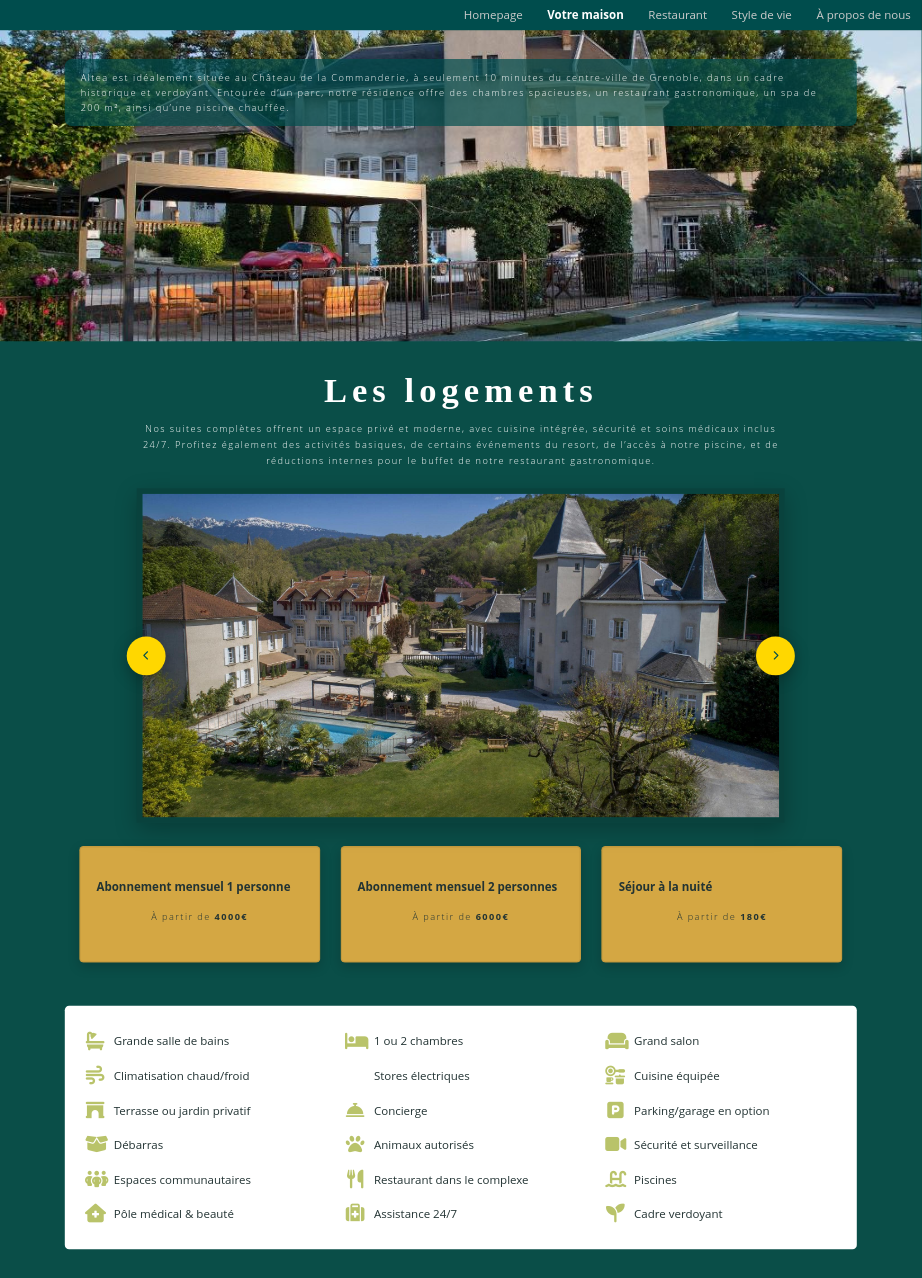
Repository: Rahimzeeeer/alteaaaa
Page: maison.html
These files come from the project's save history. The page is drawn as it stood at one moment and after the next save; the edit follows.
The browser window is 1280 px wide. The pictures show the part of the page from y = 0 to 1775 px (the page is 3056 px tall before and 3100 px after), at 72% of full size.
A picture or video elsewhere on the page could not be fetched, so the positions and the page height are approximate.

Above is the page before, as saved 2025-08-12 17:06:18.

### maison.html
<!DOCTYPE html>
<html lang="fr">
<head>
  <meta charset="UTF-8" />
  <meta name="viewport" content="width=device-width, initial-scale=1.0"/>
  <title>Votre maison – Altea</title>
  <link rel="stylesheet" href="style.css" />
  <link rel="stylesheet" href="https://cdnjs.cloudflare.com/ajax/libs/font-awesome/6.5.0/css/all.min.css"/>
</head>
<body>

  <!-- Navbar -->
  <header>
    <nav class="navbar">
      <ul>
        <li><a href="index.html">Homepage</a></li>
        <li><a href="maison.html" class="active">Votre maison</a></li>
        <li><a href="restaurant.html">Restaurant</a></li>
        <li><a href="style.html">Style de vie</a></li>
        <li><a href="apropos.html">À propos de nous</a></li>
      </ul>
    </nav>
  </header>

  <!-- Bandeau visuel + encart -->
  <section class="cover-banner" style="--cover:url('images/maison/cover.jpg')">
    <p class="cover-bubble">
      Altea est idéalement située au Château de la Commanderie, à seulement 10 minutes du centre-ville de Grenoble,
      dans un cadre historique et verdoyant. Entourée d’un parc, notre résidence offre des chambres spacieuses,
      un restaurant gastronomique, un spa de 200 m², ainsi qu’une piscine chauffée.
    </p>
  </section>

  <!-- Titre + intro -->
  <section class="lodging-intro">
    <h1>Les logements</h1>
    <p>
      Nos suites complètes offrent un espace privé et moderne, avec cuisine intégrée, sécurité et soins médicaux inclus 24/7.
      Profitez également des activités basiques, de certains événements du resort, de l’accès à notre piscine, et de
      réductions internes pour le buffet de notre restaurant gastronomique.
    </p>

    <!-- Visuel principal / carrousel (statique pour l’instant) -->
    <div class="lodging-hero">
      <button class="slide-btn prev"><i class="fa-solid fa-chevron-left"></i></button>
      <img src="images/maison/slider-1.jpg" alt="Résidence Altea" />
      <button class="slide-btn next"><i class="fa-solid fa-chevron-right"></i></button>
    </div>

    <!-- Cartes tarifs -->
    <div class="price-cards">
      <article class="price-card">
        <h4>Abonnement mensuel 1 personne</h4>
        <p class="price-note">À partir de <strong>4000€</strong></p>
      </article>
      <article class="price-card">
        <h4>Abonnement mensuel 2 personnes</h4>
        <p class="price-note">À partir de <strong>6000€</strong></p>
      </article>
      <article class="price-card">
        <h4>Séjour à la nuité</h4>
        <p class="price-note">À partir de <strong>180€</strong></p>
      </article>
    </div>
  </section>

  <!-- Équipements (panneau blanc) -->
  <section class="features-panel">
    <div class="features-grid">
      <div class="feature"><i class="fa-solid fa-bath"></i> Grande salle de bains</div>
      <div class="feature"><i class="fa-solid fa-bed"></i> 1 ou 2 chambres</div>
      <div class="feature"><i class="fa-solid fa-couch"></i> Grand salon</div>

      <div class="feature"><i class="fa-solid fa-wind"></i> Climatisation chaud/froid</div>
      <div class="feature"><i class="fa-solid fa-shutters"></i> Stores électriques</div>
      <div class="feature"><i class="fa-solid fa-kitchen-set"></i> Cuisine équipée</div>

      <div class="feature"><i class="fa-solid fa-archway"></i> Terrasse ou jardin privatif</div>
      <div class="feature"><i class="fa-solid fa-bell-concierge"></i> Concierge</div>
      <div class="feature"><i class="fa-solid fa-square-parking"></i> Parking/garage en option</div>

      <div class="feature"><i class="fa-solid fa-box-open"></i> Débarras</div>
      <div class="feature"><i class="fa-solid fa-paw"></i> Animaux autorisés</div>
      <div class="feature"><i class="fa-solid fa-video"></i> Sécurité et surveillance</div>

      <div class="feature"><i class="fa-solid fa-people-group"></i> Espaces communautaires</div>
      <div class="feature"><i class="fa-solid fa-utensils"></i> Restaurant dans le complexe</div>
      <div class="feature"><i class="fa-solid fa-water-ladder"></i> Piscines</div>

      <div class="feature"><i class="fa-solid fa-house-medical"></i> Pôle médical & beauté</div>
      <div class="feature"><i class="fa-solid fa-suitcase-medical"></i> Assistance 24/7</div>
      <div class="feature"><i class="fa-solid fa-seedling"></i> Cadre verdoyant</div>
    </div>
  </section>

  <!-- Texte + galerie à légendes -->
  <section class="lodging-gallery">
    <div class="lg-text">
      <p>
        Tous les appartements pour séniors sont dotés d’un salon, d’une cuisine entièrement équipée et d’une
        chambre. Vous pouvez choisir parmi différentes catégories, qui varient en fonction de leur emplacement,
        de leur agencement et de leur superficie.
      </p>
    </div>
    <div class="lg-grid">
      <figure class="lg-item">
        <img src="images/maison/lit-senior.png" alt="Lit senior électrique" />
        <figcaption>Lit senior électrique</figcaption>
      </figure>
      <figure class="lg-item">
        <img src="images/maison/cuisine.webp" alt="Cuisine et salle à manger" />
        <figcaption>Cuisine et salle à manger</figcaption>
      </figure>
      <figure class="lg-item">
        <img src="images/maison/chambre.jpg" alt="Chambre lumineuse" />
        <figcaption>Chambre lumineuse</figcaption>
      </figure>
    </div>
  </section>

</body>
</html>

### style.css
/* =========================
   Variables & reset
========================= */
:root{
  --green: #0a4e48;      /* vert profond (fond global) */
  --teal:  #004d4d;      /* navbar / boutons */
  --gold:  gold;         /* accents dorés */
  --ink:   #233;         /* texte sombre sur fond clair */
  --white: #fff;
}

*{ box-sizing: border-box; }

/* ===== Fonts ===== */
/* Exemple : Serif pour titres et Sans-serif pour le reste */
@import url('https://fonts.googleapis.com/css2?family=Merriweather:wght@400;700&family=Open+Sans:wght@400;600&display=swap');


/* Titres en serif */
h1, h2, h3, .section-title {
  font-family: 'Open sans', serif;
  letter-spacing: 7px;
  font-size: 2.5rem; /* plus grand */
}

h1{
  font-size: 3rem; /* plus grand */
}
h2{
  font-size: 2rem; /* plus grand */
}

h3{
  font-size: 1.8rem; /* plus grand */
}

h4{
  font-size: 1rem; /* plus grand */
}
p{
  font-size: 0.8rem; /* plus grand */
}


p, span{
  font-family: 'Open sans', sans-serif;
  letter-spacing: 2px;
  font-weight : lighter
}



body{
  margin: 0;
  font-family: 'Open Sans', sans-serif;
  background-color: var(--green);
  color: var(--white);
}

/* Texte vert sur fond jaune */
.gold-bg {
    background-color: #d4a949;
    color: #004d40; /* Vert foncé élégant */
}

.gold-bg h2,
.gold-bg h3,
.gold-bg p {
    color: #004d40;
}


/* =========================
   Navbar
========================= */
.navbar{
  background-color: var(--teal);
  padding: 10px 0;
  text-align: right;
  box-shadow: 0 2px 8px rgba(0,0,0,0.3);
}
.navbar ul{ list-style: none; margin: 0; padding: 0; }
.navbar li{ display: inline-block; margin: 0 15px; }
.navbar a{
  color: #ccc;
  text-decoration: none;
  font-size: 16px;
  transition: color .3s ease;
}
.navbar a:hover,
.navbar a.active{ color: var(--white); }
.navbar a.active{ font-weight: bold; }

/* =========================
   Hero
========================= */
.hero {
  position: relative;
  width: 100%;
  height: 90vh;
  display: flex;
  align-items: center;
  justify-content: center;
}

.hero-image {
  position: absolute; inset: 0;
  width: 100%; height: 100%;
  object-fit: cover; z-index: -1;
  filter: brightness(0.8);
  transform: scale(1.03);
}

/* === Homepage hero refinements === */
.hero-content {
  width: 100%;
  height: 100%;
  display: flex;
  flex-direction: column;
  justify-content: flex-start;
  align-items: center;
  padding-top: 2vh; /* valeur réduite = logo monte */
  text-align: center;
  color: var(--white);
}


.hero-logo {
  max-width: 280px; /* taille augmentée */
}


.hero-welcome {
  font-family: 'Open sans', serif;
  letter-spacing: 10px;
  text-transform: uppercase;
  font-size: 2rem; /* plus grand pour un effet prestige */
  opacity: 0.9;
  margin-bottom: 8px;
}


.hero-buttons {
  position: absolute;
  bottom: 24px;
  margin: 0;
}

.hero-buttons .btn {
  display: inline-block;
  background-color: var(--green);
  color: var(--gold);
  padding: 10px 16px;
  margin: 10px;
  font-weight: lighter;
  text-decoration: none;
  border-radius: 4px;
  transition: filter 0.3s, transform 0.3s;
  font-size: 1em;
  border: 1px solid rgba(0,0,0,0.1);
  font-family: 'Open sans'seif;
  letter-spacing: 5px;
}

.hero-buttons .btn:hover {
  filter: brightness(1.05);
  transform: translateY(-1px);
}


/* =========================
   Catégories
========================= */
.section-title{
  text-align: center;
  font-size: 2rem;
  margin: 30px 0;
  color: var(--white);
  font-weight: lighter;
}
.category-grid{
  display: grid;
  grid-template-columns: repeat(3, 1fr);
  gap: 15px;
  max-width: 1000px;
  margin: 0 auto;
}
.category-item{ position: relative; overflow: hidden; }
.category-item img{ width: 100%; display: block; }
.category-item span{
  position: absolute; left: 50%; bottom: 10px;
  transform: translateX(-50%);
  background-color: rgba(0,77,77,.8);
  color: var(--white);
  padding: 6px 12px;

  border-radius: 4px;
}

/* =========================
   Notre resort
========================= */
.resort{
  max-width: 1000px;
  margin: 50px auto;
  padding: 20px;
  color: var(--white);
  text-align: center;
}
.resort-text h2{ font-size: 2em; margin: 0 0 10px; }
.resort-text p{ margin: 15px 0; line-height: 1.5; }
.btn-gold{
  background-color: var(--gold);
  color: var(--teal);
  padding: 8px 14px;
  text-decoration: none;
  font-weight: bold;
  border-radius: 20px;

}
.resort-video video{
  margin-top: 20px;
  width: 100%;
  border-radius: 8px;
}

/* =========================
   Actualités
========================= */
.actualites{
  padding: 40px;
  text-align: center;
  background-color: var(--teal);
  color: var(--white);
}
.actus-grid{
  display: grid;
  grid-template-columns: repeat(3, 1fr);
  padding: 0 50px; /* marge interne gauche/droite */
  gap: 20px;
}
.actus-item{
  background: transparent;
  border: 1px solid var(--gold);
  position: relative;
}
.actus-item img{
  width: 100%;
  height: 300px;         /* taille uniforme */
  object-fit: cover;     /* recadrage propre */
  border-bottom: 2px solid var(--gold);
}
.actus-item h3,p{
  text-align: left;
  padding: 0 30px;
}
.plus-btn{
  position: absolute; bottom: 10px; right: 10px;
  background-color: var(--gold);
  color: var(--teal);
  font-weight: bold;
  border-radius: 50%;
  padding: 5px 10px;
  cursor: pointer;
}

/* =========================
   Avis (fond flou en arrière-plan)
========================= */
.avis{
  position: relative;
  overflow: hidden;
  min-height: 100vh;                    /* ≈ une page */
  display: flex; flex-direction: column;
  justify-content: center; align-items: center;
  padding: 60px 20px;
  text-align: center;
  color: var(--white);
}
.avis::before{
  content: "";
  position: absolute; inset: 0;
  background: url('images/index/avisbg.png') center/cover no-repeat;
  filter: brightness(0.6);
  transform: scale(1.03);
  z-index: 0;
}
.avis > *{ position: relative; z-index: 1; }
.avis h2{ margin-bottom: 24px; font-size: 2.2rem; }
.avis-container{
  display: flex; justify-content: center; flex-wrap: wrap;
  gap: 40px;
}
.avis-item{ max-width: 360px; font-style: italic; }

/* =========================
   Nous contacter
========================= */
.contact{
  background-color: #d4a743;  /* fond or/moutarde */
  padding: 60px 20px;
  color: var(--ink);
  text-align: center;
}

.contact h3 {
  text-align: left;
  font-size: 1.8rem;

}

.contact-grid{
  max-width: 1000px; margin: 0 auto;
  display: grid; grid-template-columns: repeat(3, 1fr);
  gap: 24px;
}
.contact-box{
  background: rgba(255,255,255,.02);
  border: 2px solid var(--green);
  border-radius: 8px;
  padding: 24px;
  min-height: 220px;
  box-shadow: 0 2px 6px rgba(0,0,0,.08);
}
.contact-box h3{
  margin: 0 0 12px;
  font-weight: 700;
}

/* =========================
   Responsive
========================= */
@media (max-width: 900px){
  .category-grid{ grid-template-columns: 1fr 1fr; }
  .actus-grid{ grid-template-columns: 1fr; }
  .contact-grid{ grid-template-columns: 1fr; }
  .hero{ height: 70vh; }
}


/* =========================
   Votre maison
========================= */

/* Bandeau haut avec encart */
.cover-banner{
  position: relative;
  width: 100%;
  height: 60vh;
  background: var(--green);
  display: flex;
  align-items: flex-start;
  justify-content: center;
  padding-top: 40px;
}
.cover-banner::before{
  content: "";
  position: absolute; inset: 0;
  background: var(--green) center/cover no-repeat;
  background-image: var(--cover);

  z-index: 0;
}
.cover-bubble{
  position: relative;
  z-index: 1;
  max-width: 1100px;
  margin: 0 20px;
  background: rgba(0,77,77,.7);
  color: var(--white);
  padding: 16px 22px;
  border-radius: 10px;
  line-height: 1.6;
}

/* Intro + titre + grand visuel */
.lodging-intro{
  max-width: 1100px;
  margin: 40px auto 20px;
  padding: 0 20px;
}
.lodging-intro h1{
  font-family: 'Merriweather', serif;
  font-size: 3rem;
  text-align: center;
  margin: 10px 0 16px;
}
.lodging-intro p{
  text-align: center;
  line-height: 1.7;
  max-width: 980px;
  margin: 0 auto 28px;
}
.lodging-hero{
  position: relative;
  max-width: 900px;
  margin: 0 auto 32px;
  border: 8px solid rgba(0,0,0,.15);
  box-shadow: 0 10px 30px rgba(0,0,0,.25);
}
.lodging-hero img{
  display: block;
  width: 100%;
  height: auto;
}
.slide-btn{
  position: absolute; top: 50%; transform: translateY(-50%);
  width: 54px; height: 54px; border: none; cursor: pointer;
  border-radius: 50%;
  background: var(--gold);
  color: var(--teal);
  display: grid; place-items: center;
  box-shadow: 0 6px 20px rgba(0,0,0,.25);
}
.slide-btn.prev{ left: -22px; }
.slide-btn.next{ right: -22px; }

/* Tarifs */
.price-cards{
  display: grid;
  grid-template-columns: repeat(3, 1fr);
  gap: 28px;
  margin: 26px auto 10px;
  max-width: 1100px;
}
.price-card{
  background: #d4a743;
  color: var(--ink);
  padding: 22px;
  border-radius: 6px;
  box-shadow: 0 6px 16px rgba(0,0,0,.18);
  border: 2px solid rgba(0,0,0,.08);
}

.price-note{ margin: 0; }

/* Panneau des équipements (blanc) */
.features-panel{
  background: var(--white);
  color: var(--ink);
  margin: 60px auto;
  max-width: 1100px;
  border-radius: 6px;
  padding: 36px 28px;
}
.features-grid{
  display: grid;
  grid-template-columns: repeat(3, 1fr);
  gap: 22px 40px;
}
.feature{
  display: flex; align-items: center; gap: 12px;
  font-size: 1rem;
}
.feature i{
  color: #b9c36a;          /* vert jaunâtre comme sur la maquette */
  font-size: 26px;
  width: 28px; text-align: center;
}

/* Texte + galerie à légendes */
.lodging-gallery{
  max-width: 1100px; margin: 40px auto 80px; padding: 0 20px;
  display: grid; grid-template-columns: 1fr 1.2fr; gap: 28px;
}
.lg-text p{ line-height: 1.8; margin: 0; }
.lg-grid{
  display: grid; gap: 22px;
}
.lg-item{
  background: rgba(255,255,255,.06);
  border: 1px solid rgba(255,255,255,.15);
}
.lg-item img{ display: block; width: 100%; height: auto; }
.lg-item figcaption{
  text-align: center;
  padding: 12px 10px;
  font-family: 'Merriweather', serif;
  border-top: 1px solid rgba(255,255,255,.15);
}

/* Responsive */
@media (max-width: 1000px){
  .price-cards{ grid-template-columns: 1fr; }
  .features-grid{ grid-template-columns: 1fr 1fr; }
  .lodging-gallery{ grid-template-columns: 1fr; }
  .slide-btn.prev{ left: 8px; } .slide-btn.next{ right: 8px; }
}
@media (max-width: 640px){
  .cover-banner{ height: 50vh; }
  .cover-bubble{ font-size: .95rem; }
  .lodging-intro h1{ font-size: 2.2rem; }
  .features-grid{ grid-template-columns: 1fr; }
}



/* ===== Restaurant ===== */

/* HERO */
.resto-hero {
  position: relative;
  height: 70vh;
  overflow: hidden;
}
.resto-hero img {
  width: 100%;
  height: 100%;
  object-fit: cover;
  filter: brightness(0.75);
}
.resto-hero-content {
  position: absolute;
  top: 50%;
  left: 50%;
  transform: translate(-50%, -50%);
  text-align: center;
  color: white;
}
.resto-hero-content h1 {
  font-size: 3rem;
  margin-bottom: 20px;
  font-family: 'Merriweather', serif;
}
.btn {
  display: inline-block;
  padding: 12px 24px;
  text-decoration: none;
  border-radius: 5px;
  font-weight: bold;
}
.btn-teal { background-color: #004d40; color: white; }
.btn-gold { background-color: #d4a743; color: #004d40; }
.btn:hover { filter: brightness(1.1); }

/* UNE AVENTURE FRANÇAISE */
.resto-aventure {
  display: flex;
  flex-wrap: wrap;
  gap: 20px;
  padding: 50px 5%;
  background-color: #004d40;
  color: white;
}


.aventure-images {
  flex: 1;
  display: flex;
  flex-direction: column;
  gap: 20px;
}
.aventure-images img {
  width: 100%;
  border-radius: 8px;
  object-fit: cover;
}
.aventure-text {
  flex: 1;
}
.aventure-text h2 {
  font-family: 'Merriweather', serif;
  color: #d4a743;
  margin-bottom: 20px;
}
.aventure-text p {
  margin-bottom: 20px;
  line-height: 1.6;
}

/* HORAIRES */
.resto-horaires {
  display: flex;
  flex-wrap: wrap;
  gap: 20px;
  padding: 50px 5%;
  background-color: #d4a743;
}
.horaires-images {
  flex: 1;
  display: flex;
  flex-direction: column;
  gap: 20px;
}
.horaires-images img {
  width: 100%;
  border-radius: 8px;
  object-fit: cover;
}
.horaires-text {
  flex: 1;
  display: flex;
  flex-direction: column;
  justify-content: center;
}
.horaires-text h3 {
  font-family: 'Merriweather', serif;
  margin-bottom: 20px;
  color: #004d40;
}
.horaires-text ul {
  margin-bottom: 20px;
  padding-left: 20px;
}
.horaires-text li {
  margin-bottom: 10px;
}

/* Responsive */
@media (max-width: 768px) {
  .resto-aventure, .resto-horaires {
    flex-direction: column;
  }
}


/* Couleurs de fond */
.gold-bg { background-color: #d4a949; padding: 60px 80px; }
.green-bg { background-color: #004d40; color: white; padding: 60px 80px; }

/* Titres */
.title {
    text-align: center;
    font-size: 2.5rem;
    margin-bottom: 40px;
}
.serif { font-family: 'Times New Roman', serif; }

/* Section sport */
.sport-grid {
    display: grid;
    grid-template-columns: repeat(2, 1fr);
    gap: 30px;
}
.sport-item img {
    width: 100%;
    height: 250px;
    object-fit: cover;
    border-radius: 6px;
}
.sport-item h3 {
    margin-top: 10px;
    font-size: 1.5rem;
}

/* Bien-être */
.wellness-grid {
    display: grid;
    grid-template-columns: 1fr 1.5fr;
    gap: 20px;
}
.wellness-grid .images {
    display: grid;
    grid-template-columns: repeat(2, 1fr);
    gap: 10px;
}
.wellness-grid img {
    width: 100%;
    height: 200px;
    object-fit: cover;
    border-radius: 6px;
}

/* Communauté */
.community-grid {
    display: grid;
    grid-template-columns: repeat(3, 1fr);
    gap: 30px;
    text-align: center;
}
.community-item img {
    width: 100%;
    height: 250px;
    object-fit: cover;
    border-radius: 6px;
}
.community-item h3 {
    margin-top: 15px;
    font-size: 1.4rem;
}

/* Premium */
.premium-text {
    text-align: center;
    margin-bottom: 40px;
}
.premium-grid {
    display: grid;
    grid-template-columns: 2fr 1fr 1fr;
    gap: 20px;
}
.premium-grid img {
    width: 100%;
    height: 300px;
    object-fit: cover;
    border-radius: 6px;
}

.gold-bg {
  background-color: #d4af37; /* jaune doré */
  color: #004d40; /* texte vert foncé */
}

.apropos {
  padding: 60px 5%;
}

.apropos h2 {
  font-family: serif;
  font-size: 2.5rem;
  text-align: center;
  margin-bottom: 50px;
}

.apropos-grid {
  display: flex;
  justify-content: space-between;
  gap: 30px;
}

.apropos-item {
  background-color: #004d40; /* vert foncé */
  color: white;
  border-radius: 8px;
  overflow: hidden;
  flex: 1;
  display: flex;
  flex-direction: column;
}

.apropos-item img {
  width: 100%;
  height: 250px;
  object-fit: cover;
}

.apropos-text {
  padding: 20px;
}

.apropos-text h3 {
  font-size: 1.4rem;
 color: white;
  margin-bottom: 10px;
  font-family: serif;
}

.apropos-text p,
.apropos-text ul {
  font-size: 0.95rem;
  color: white;
  line-height: 1.5;
}

.apropos-text ul {
  list-style-type: disc;
  padding-left: 20px;
}

@media (max-width: 900px) {
  .apropos-grid {
    flex-direction: column;
  }
}

After the next save:
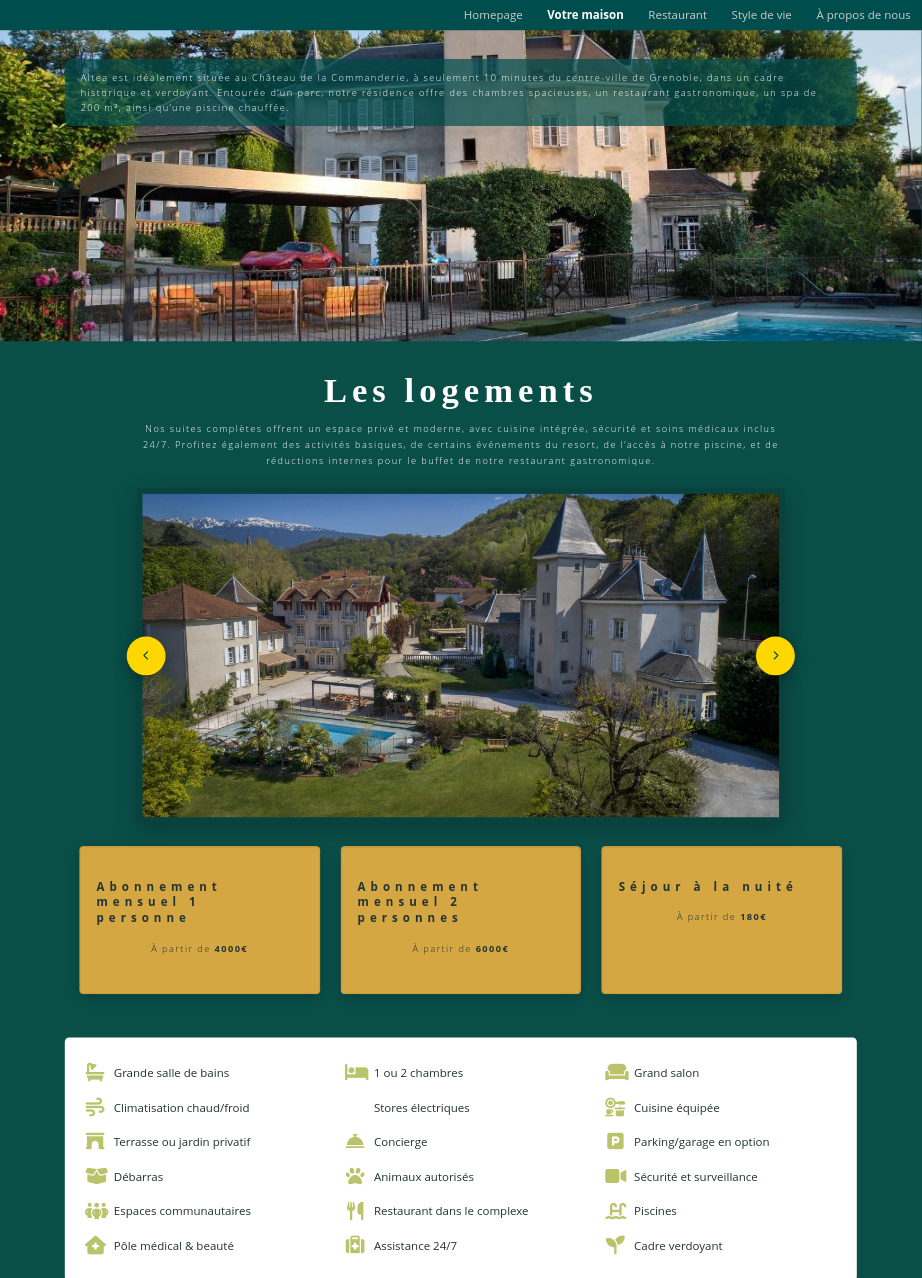
Saved 10 s later.
--- a/style.css
+++ b/style.css
@@ -17,7 +17,7 @@
 
 
 /* Titres en serif */
-h1, h2, h3, .section-title {
+h1, h2, h3, h4, .section-title {
   font-family: 'Open sans', serif;
   letter-spacing: 7px;
   font-size: 2.5rem; /* plus grand */
